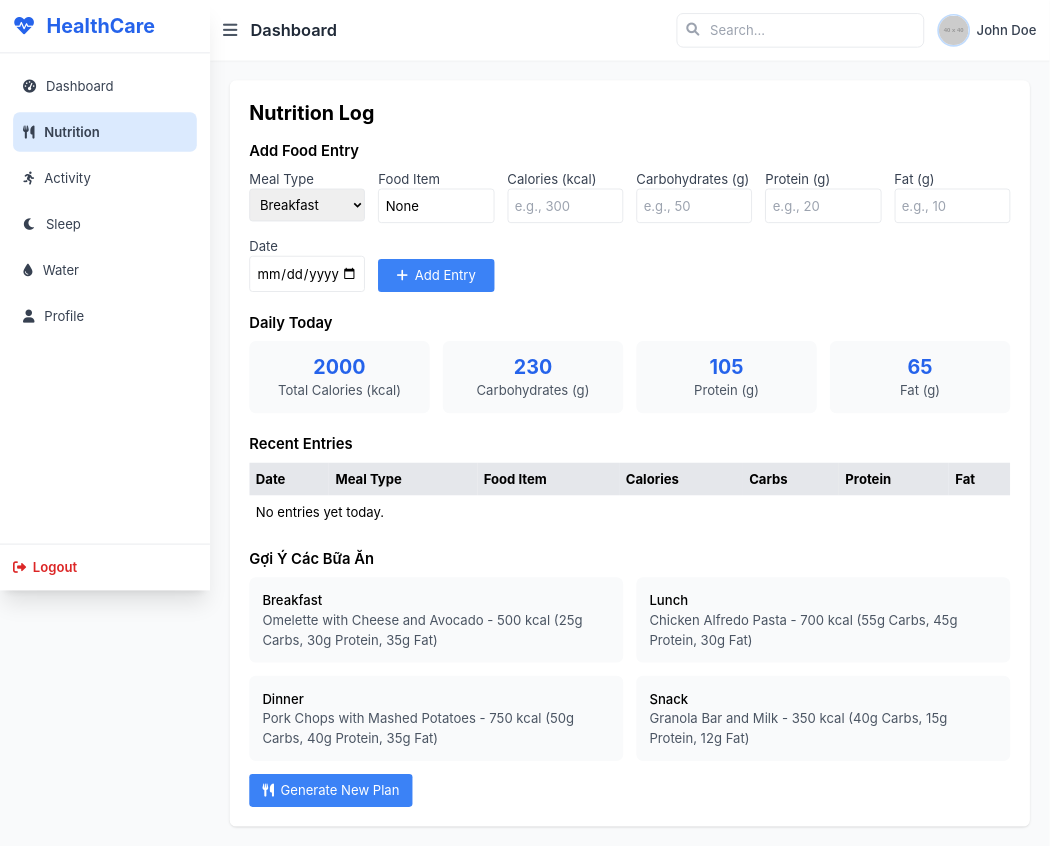
Repository: Khank2104/Khank
Page: http://localhost/nutrition/
These files come from the project's save history. The page is drawn as it stood at one moment and after the next save; the edit follows.
The browser window is 1280 px wide. The pictures show the whole page, at 82% of full size.
Some web libraries are served in a nearby version. The page is served by the project's application, run on Django 5.2 (manage.py). The first stored user is signed in. The page reads the database file committed with the project.

Above is the page before, as saved 2025-05-17 18:36:25.

After the next save:
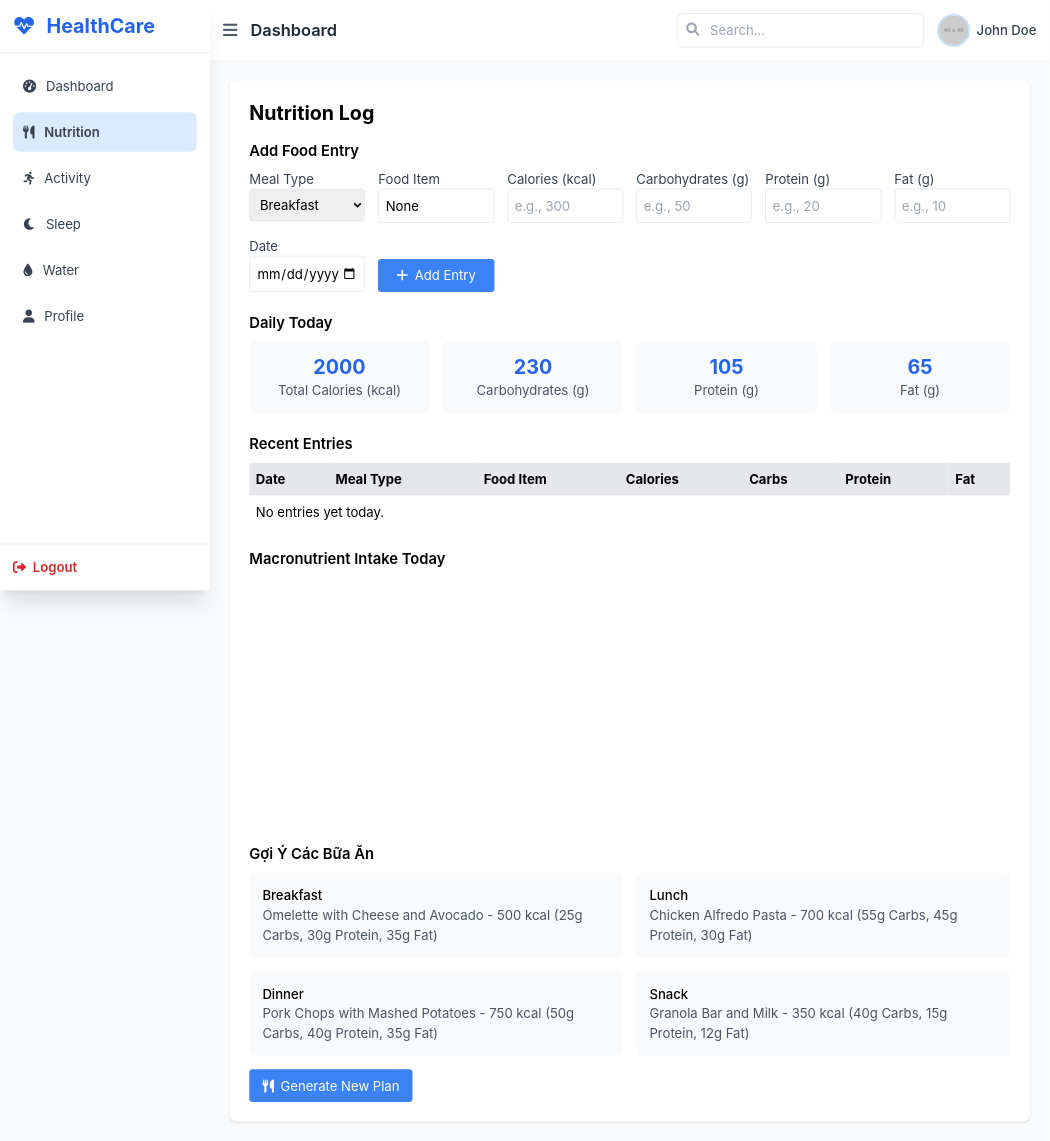
Saved 27 s later.
--- a/main/templates/main/nutrition.html
+++ b/main/templates/main/nutrition.html
@@ -141,6 +141,13 @@
             </table>
         </div>
     </div>
+<!-- Daily Intake Chart -->
+<div class="mb-6">
+    <h3 class="text-lg font-semibold mb-2">Macronutrient Intake Today</h3>
+    <div class="chart-container">
+        <canvas id="intakeChart"></canvas>
+    </div>
+</div>
 
     <!-- Suggested Meals Section -->
     {% if suggested_meals %}
